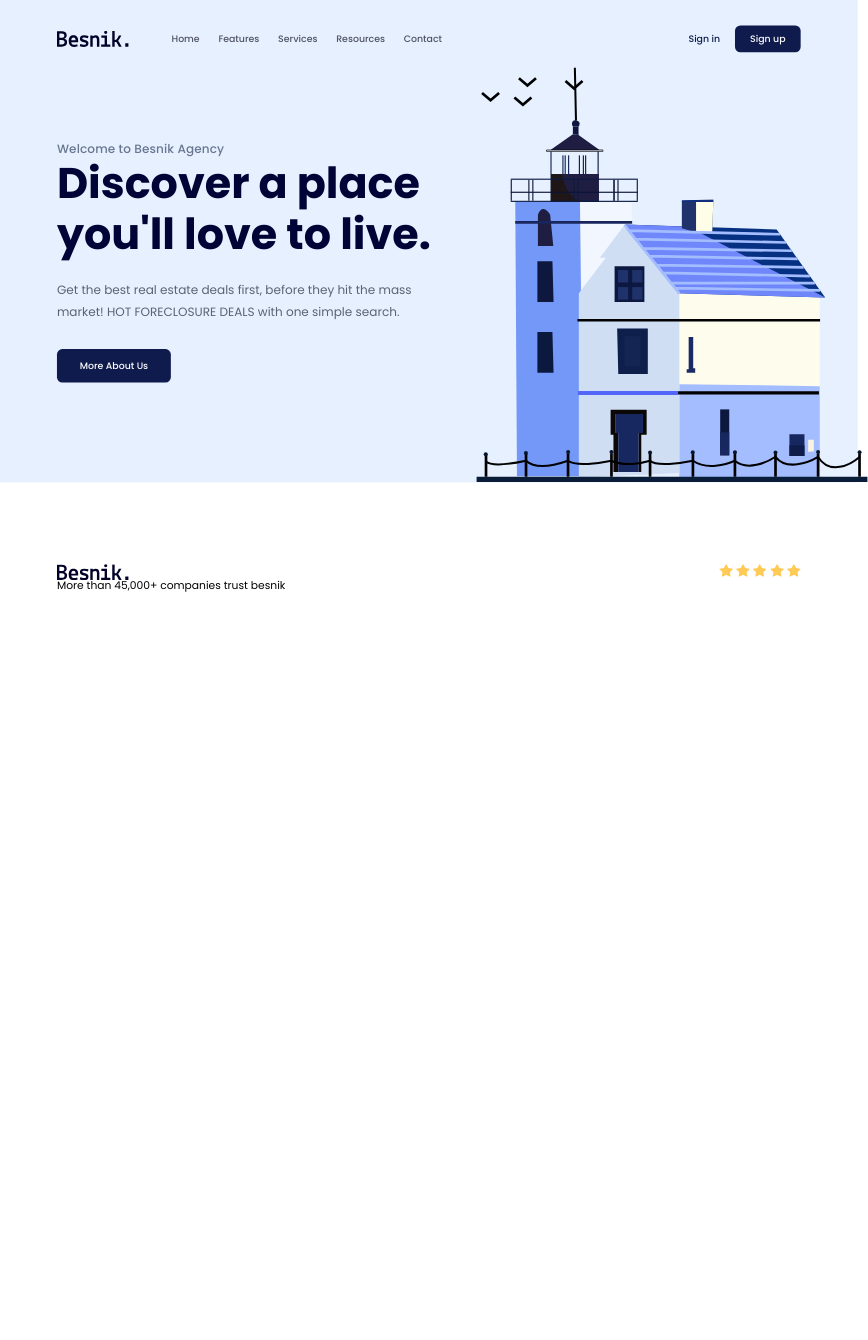
Repository: vancong171001/f8-html-css-01
Page: index.html
The author's editor kept a copy of each file at every save. The page is drawn from the files as they stood at one save, then again after the next save.
The browser window is 1280 px wide. The page is 1295 px wide, so the pictures cover 1295 px, including what lies to the right of the window. The pictures show the whole page, at 67% of full size.

Above is the page before, as saved 2025-02-20 10:44:29.

After the next save:
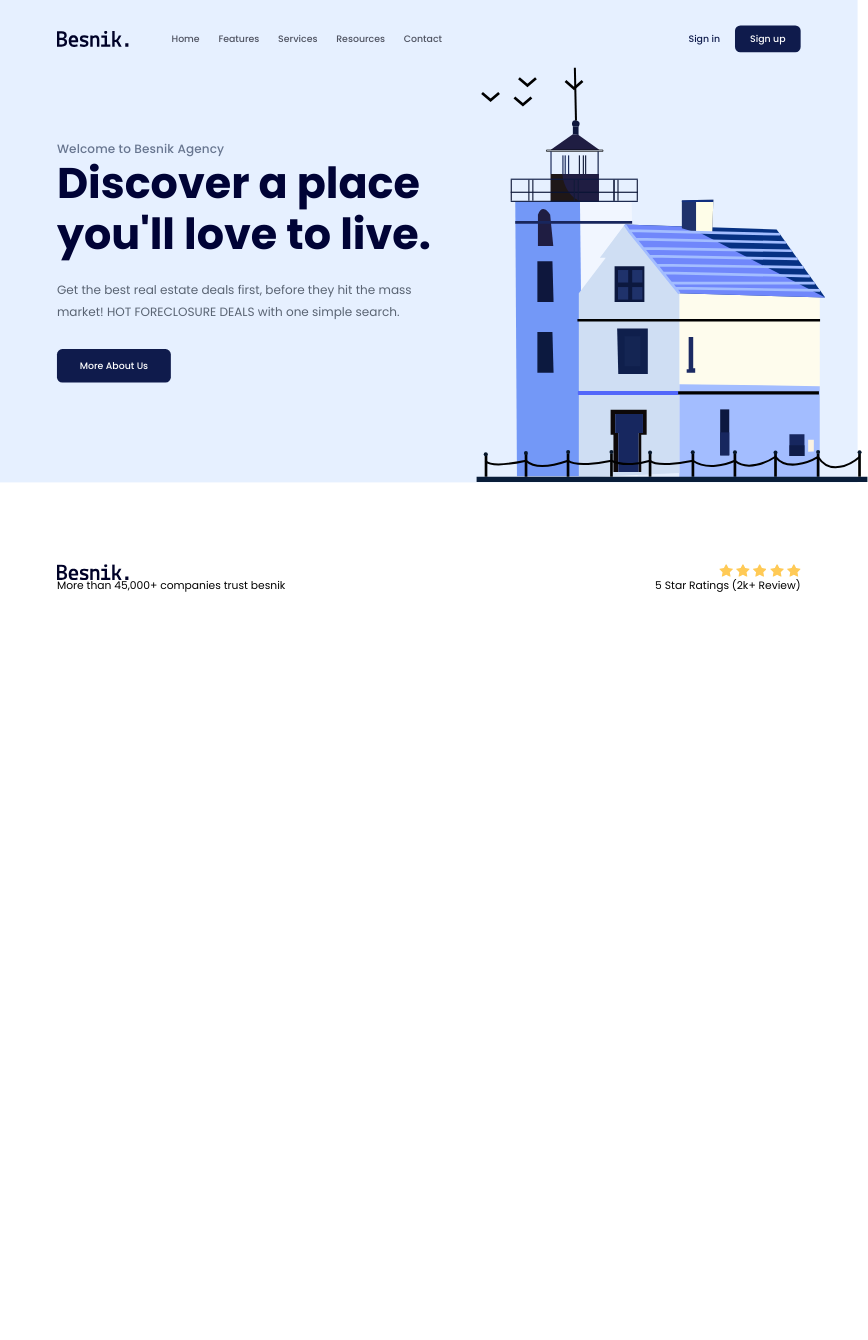
Saved 6 s later.
--- a/index.html
+++ b/index.html
@@ -79,7 +79,7 @@
           </div>
           <div class="row">
             <p>More than 45,000+ companies trust besnik</p>
-
+            <p>5 Star Ratings (2k+ Review)</p>
           </div>
         </div>
       </div>
